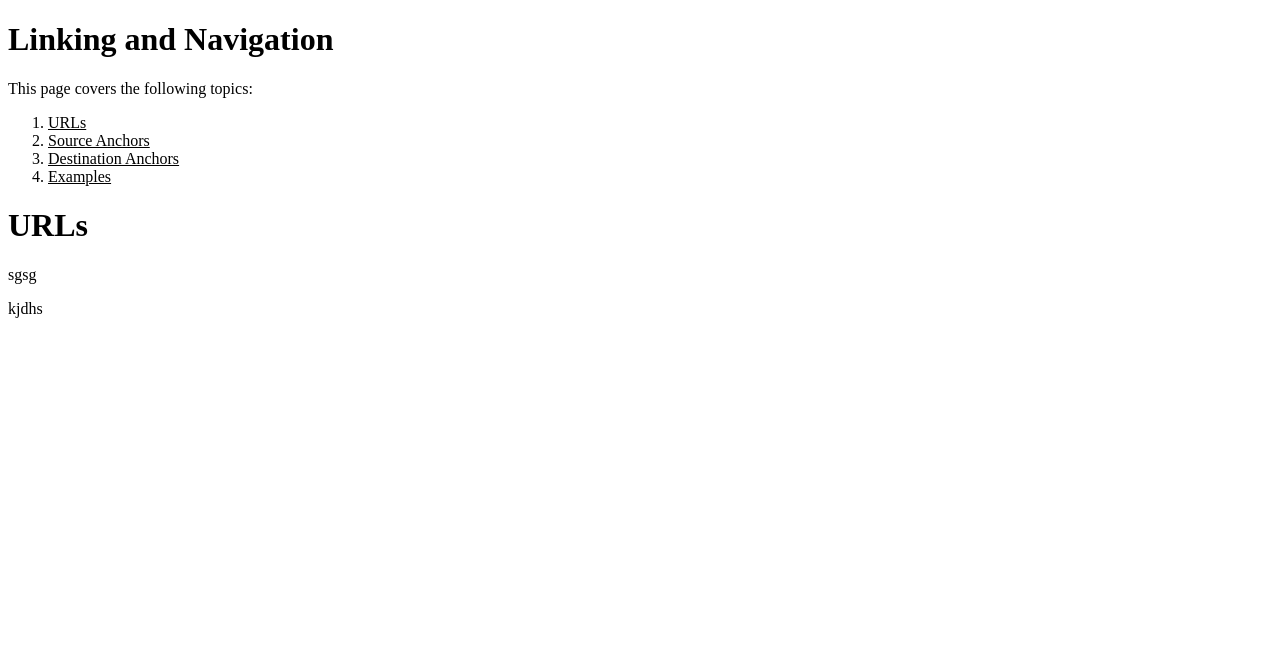
Repository: PhamChiXuan1/HTCNW_tuan3_DHCNTT16C_PhamChiXuan_20030131
Page: bt5b.html
The author's editor kept a copy of each file at every save. The page is drawn from the files as they stood at one save, then again after the next save.
The browser window is 1280 px wide. The pictures show the whole page.

Above is the page before, as saved 2022-02-26 22:00:46.

### bt5b.html
<!DOCTYPE html>
<html lang="en">
<head>
    <meta charset="UTF-8">
    <meta http-equiv="X-UA-Compatible" content="IE=edge">
    <meta name="viewport" content="width=device-width, initial-scale=1.0">
    <title>Document</title>
</head>
<body>
    <H1>Linking and Navigation</H1>
    <P>This page covers the following topics:</P>
    <ol>
        <li><U>URLs</U></li>
        <li><U>Source Anchors</U></li>
        <li><U>Destination Anchors</U></li>
        <li><U>Examples</U></li>
    </ol>
    <H1>URLs</H1>
    <P>sgsg</P>
    <P>kjdhs</P>
</body>
</html>

After the next save:
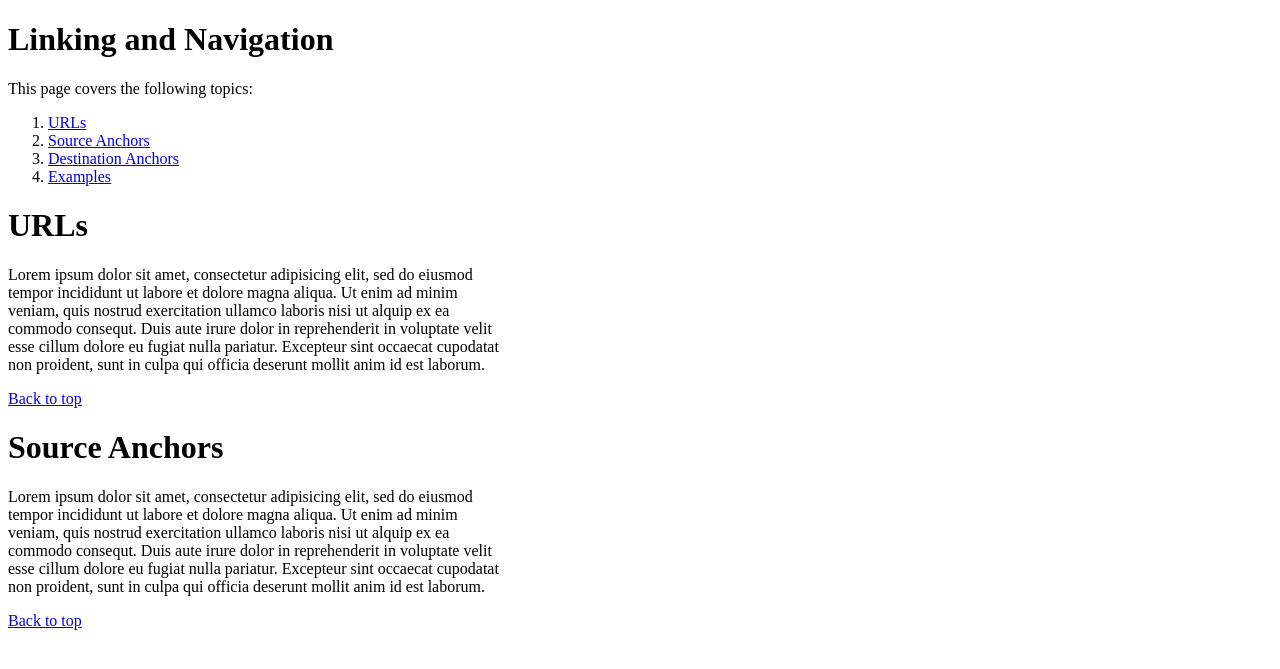
Saved 10 min 44 s later.
--- a/bt5b.html
+++ b/bt5b.html
@@ -10,13 +10,16 @@
     <H1>Linking and Navigation</H1>
     <P>This page covers the following topics:</P>
     <ol>
-        <li><U>URLs</U></li>
-        <li><U>Source Anchors</U></li>
-        <li><U>Destination Anchors</U></li>
-        <li><U>Examples</U></li>
+        <li> <A href="https://www.youtube.com/watch?v=8tWh6KDuM4w"><U>URLs</U></A></li>
+        <li><A href="https://www.youtube.com/watch?v=sxobXtyNwss"><U>Source Anchors</U></A></li>
+        <li><A href="https://www.youtube.com/watch?v=LzGDdD6FNO4"><U>Destination Anchors</U></A></li>
+        <li><A href="https://www.youtube.com/watch?v=U7LfvHYuZeE"><U>Examples</U></A></li>
     </ol>
     <H1>URLs</H1>
-    <P>sgsg</P>
-    <P>kjdhs</P>
+    <P>Lorem ipsum dolor sit amet, consectetur adipisicing elit, sed do eiusmod <br>tempor incididunt ut labore et dolore magna aliqua. Ut enim ad minim <br>veniam, quis nostrud exercitation ullamco laboris nisi ut alquip ex ea <br>commodo consequt. Duis aute irure dolor in reprehenderit in voluptate velit <br>esse cillum dolore eu fugiat nulla pariatur. Excepteur sint occaecat cupodatat <br>non proident, sunt in culpa qui officia deserunt mollit anim id est laborum.</P>
+    <A href="https://www.google.com/search?q=phim+ma&oq=phim+ma&aqs=chrome..69i57j0i433i512l5j0i512j0i433i457i512j0i512l2.960j0j9&sourceid=chrome&ie=UTF-8"><P><U>Back to top</U></P></A>
+    <H1>Source Anchors</H1>
+    <P>Lorem ipsum dolor sit amet, consectetur adipisicing elit, sed do eiusmod <br>tempor incididunt ut labore et dolore magna aliqua. Ut enim ad minim <br>veniam, quis nostrud exercitation ullamco laboris nisi ut alquip ex ea <br>commodo consequt. Duis aute irure dolor in reprehenderit in voluptate velit <br>esse cillum dolore eu fugiat nulla pariatur. Excepteur sint occaecat cupodatat <br>non proident, sunt in culpa qui officia deserunt mollit anim id est laborum.</P>
+    <A href="https://www.google.com/search?q=phim+ma&oq=phim+ma&aqs=chrome..69i57j0i433i512l5j0i512j0i433i457i512j0i512l2.960j0j9&sourceid=chrome&ie=UTF-8"><P><U>Back to top</U></P></A>
 </body>
 </html>
